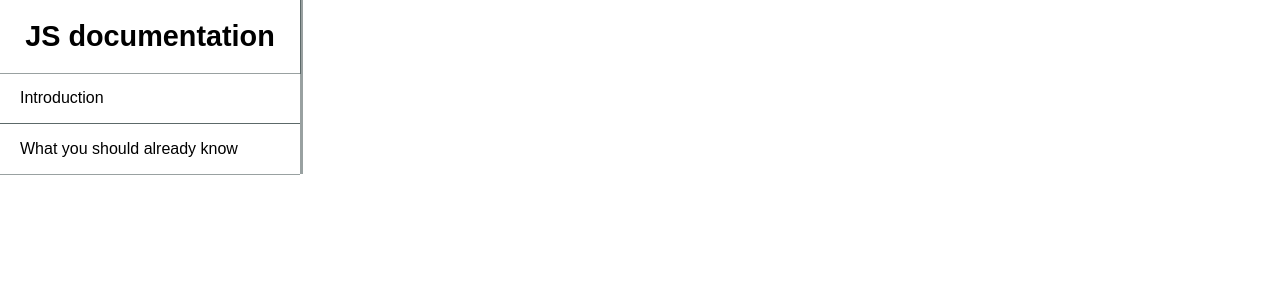
Repository: Pafestivo/Technical-documentation
Page: index.html
The author's editor kept a copy of each file at every save. The page is drawn from the files as they stood at one save, then again after the next save.
The browser window is 1280 px wide. The pictures show the whole page.

Above is the page before, as saved 2022-09-07 14:39:39.

### index.html
<!DOCTYPE html>
<html lang="en">
<head>
    <meta charset="UTF-8">
    <meta name="viewport" content="width=device-width, initial-scale=1.0">
    <link rel="stylesheet" href="styles.css">
    <title>Technical Documentation Page</title>
</head>
<body>
  <nav id="navbar">
    <header>
      <h1>JS documentation</h1>
    </header>
    <ul>
      <li><a id="nav-link" href="#introduction">Introduction</a></li>
      <li><a id="nav-link" href="#what_you_should_already_know">What you should already know</a></li>

    </ul>
  </nav>
  <main id="main-doc">
  </main>

</body>
</html>

### styles.css
html {
  box-sizing: border-box;
  scroll-behavior: smooth;
}

body {
  font-family: sans-serif;
  display: flex;
  padding: 0;
  margin: 0;
  min-width: 290px;
}

/* Navigation bar  */
#navbar {
  border-right: solid;
  border-color: rgba(0, 22, 22, 0.4);
  min-width: 300px;
}

#navbar header {
  margin: -1px;
}

#navbar header h1{
  margin-top: 0;
  margin-bottom: 0;
  padding: 20px;
  font-size: 1.8rem;
  border: 1px solid rgba(0, 22, 22, 0.4);
  text-align: center;
}

#navbar ul {
  list-style: none;
  height: 90%;
  margin: 0;
  padding: 0;
  overflow-y: auto;
  overflow-x: hidden;
}

#navbar ul li {
  margin: -1px;
}

#navbar ul a {
  /* used flex to align the text vertically. */
  display: flex;
  align-items: center;
  text-decoration: none;
  color: #000;
  height: 50px;
  padding-left: 20px;
  border: 1px solid rgba(0, 22, 22, 0.4);
}

#navbar ul a:hover {
  transform: scale(1.01);
  border-color: transparent;
}

/* 800px media query */
@media (max-width: 800px) {
  body {
    display: block;
  }

  #navbar {
    height: 300px;
    overflow: hidden;
  }

  #navbar ul {
    width: 80%;
    margin: 0 auto;
  }

  #navbar h1 {
    width: 80%;
    margin: 0 auto;
    border: none;
  }
}
/* end of 800px media query. */
/* Navigation bar end  */

/* Main area */
#main-doc {
  margin-left: 30px;
}

#main-doc h1 {
  font-size: 2rem;
}

p {
  margin-bottom: 20px;
  margin-left: 20px;
}

code {
  display: block;
  background-color: #f7f7f7;
  padding: 15px;
  margin: 10px;
}
/* Main area end */

After the next save:
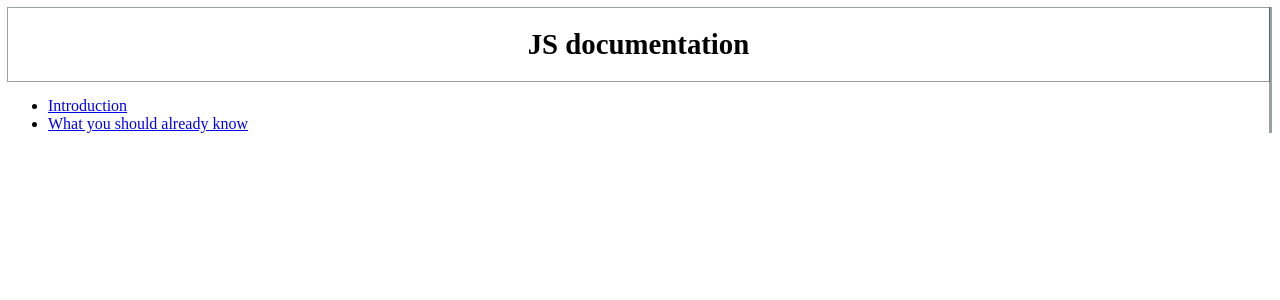
Saved 1 s later.
--- a/styles.css
+++ b/styles.css
@@ -1,14 +1,6 @@
 html {
   box-sizing: border-box;
   scroll-behavior: smooth;
-}
-
-body {
-  font-family: sans-serif;
-  display: flex;
-  padding: 0;
-  margin: 0;
-  min-width: 290px;
 }
 
 /* Navigation bar  */
@@ -29,35 +21,6 @@ body {
   font-size: 1.8rem;
   border: 1px solid rgba(0, 22, 22, 0.4);
   text-align: center;
-}
-
-#navbar ul {
-  list-style: none;
-  height: 90%;
-  margin: 0;
-  padding: 0;
-  overflow-y: auto;
-  overflow-x: hidden;
-}
-
-#navbar ul li {
-  margin: -1px;
-}
-
-#navbar ul a {
-  /* used flex to align the text vertically. */
-  display: flex;
-  align-items: center;
-  text-decoration: none;
-  color: #000;
-  height: 50px;
-  padding-left: 20px;
-  border: 1px solid rgba(0, 22, 22, 0.4);
-}
-
-#navbar ul a:hover {
-  transform: scale(1.01);
-  border-color: transparent;
 }
 
 /* 800px media query */
